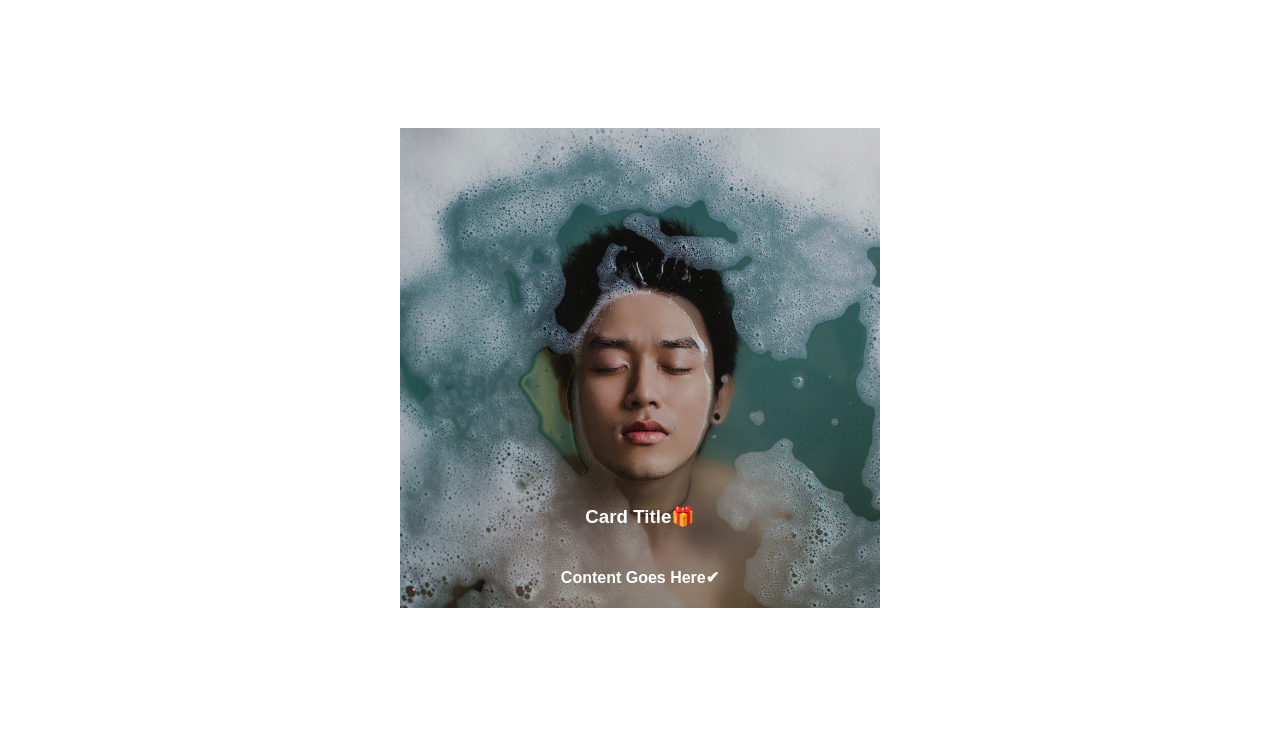
Repository: DevMike1993/100_Projects_HTML_CSS_JAVASCRIPT
Page: 07_Creative_Image_Hover_Effect/02_Effect/index.html
An editor plug-in stored every save of this project. The page is shown before and after a run of saves, followed by the edit.
The browser window is 1280 px wide. The pictures show the whole page.

Above is the page before, as saved 2023-11-30 12:00:19.

After the next 2 saves:
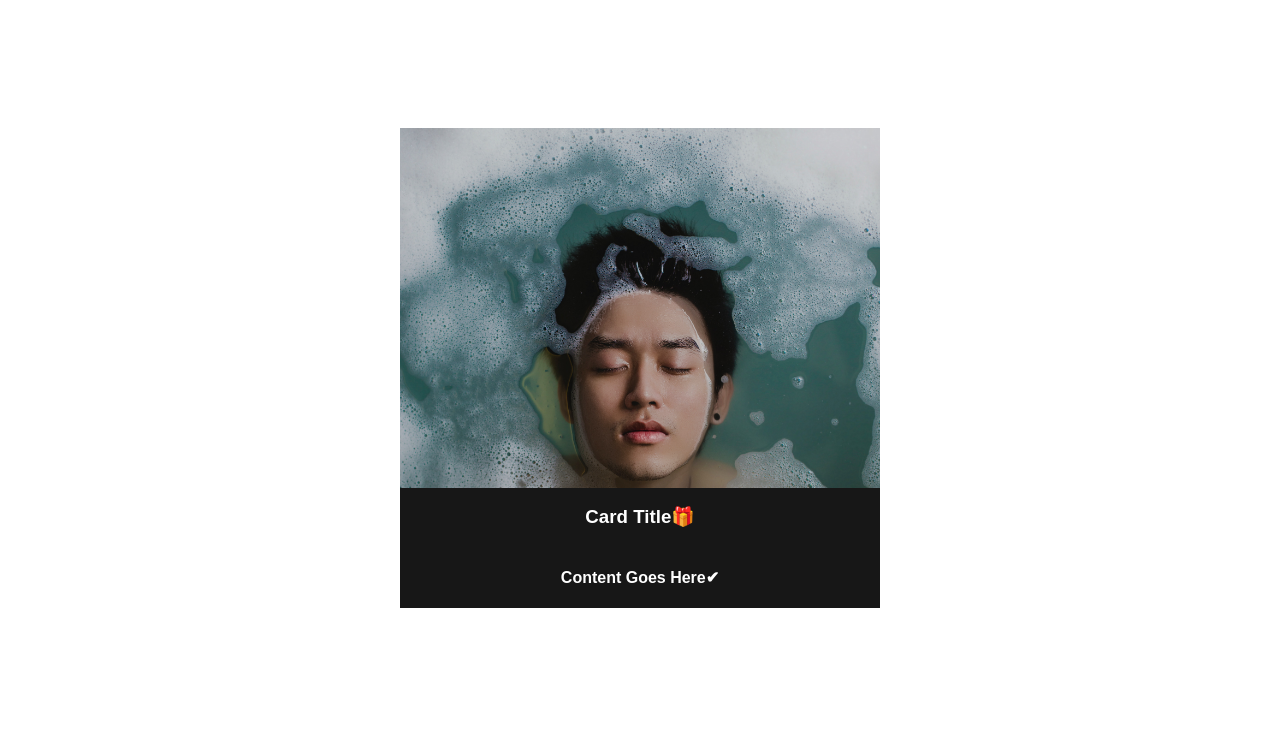
The 2 saves are shown as one change because they came seconds apart.
The last was saved 7 s later.
--- a/07_Creative_Image_Hover_Effect/02_Effect/style.css
+++ b/07_Creative_Image_Hover_Effect/02_Effect/style.css
@@ -31,5 +31,6 @@ body {
     align-items: center;
     color: #fff;
     transition: all 0.5s;
-    background: rgb();
+    background: rgb(23, 23, 23);
+
 }
